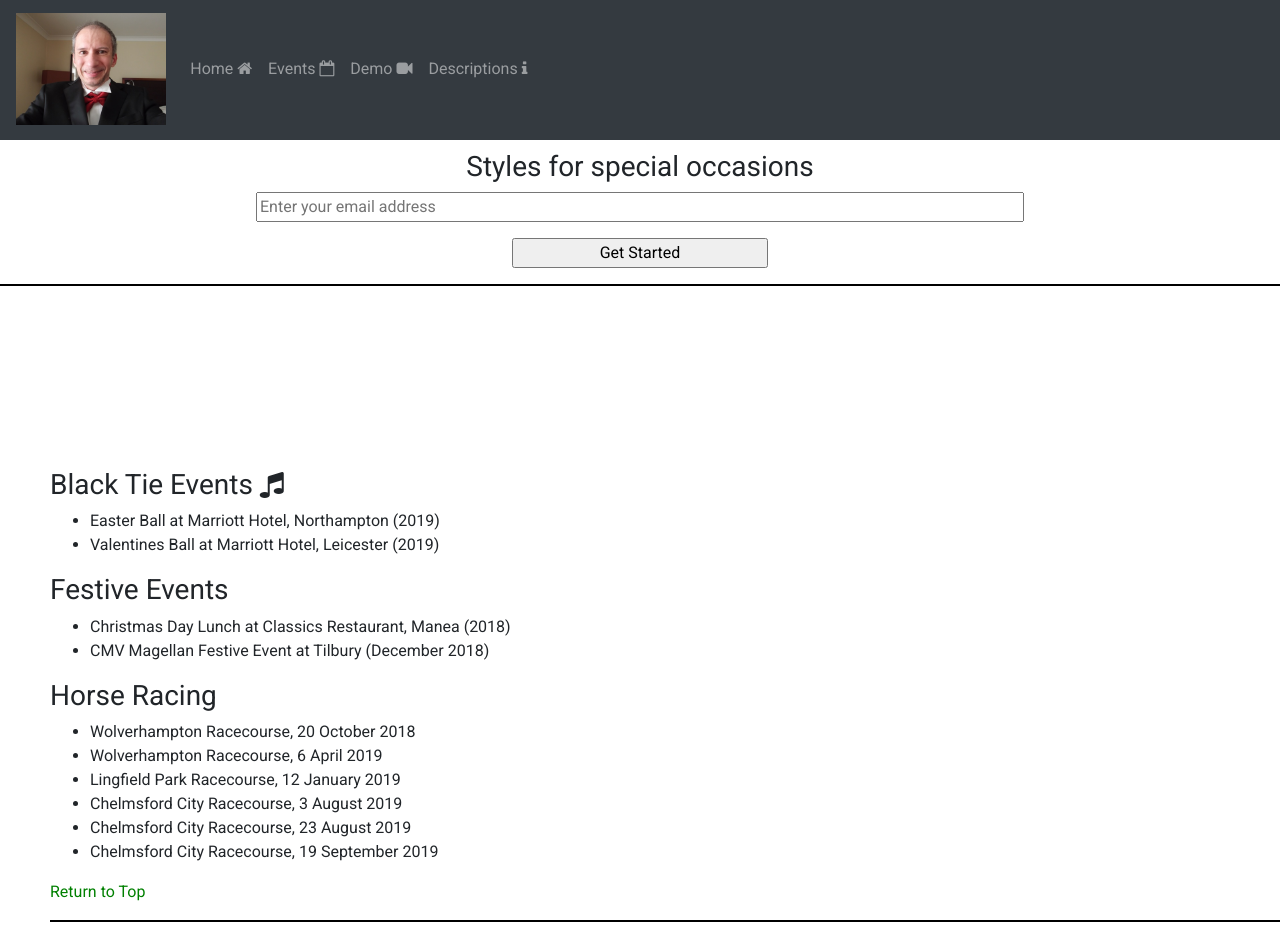
Repository: derektypist/product-landing-page
Page: index.html
The author's editor kept a record of every edit. The page is drawn from the files as they stood at one moment, then again after the next edit.
The browser window is 1280 px wide. The pictures show the part of the page from y = 0 to 938 px (the page is 1253 px tall before and 1219 px after).
Pictures or frames that could not be fetched are drawn as grey boxes.

Above is the page before.

### index.html
<!DOCTYPE html>
<html lang="en">

<head>
    <meta charset="UTF-8">
    <meta name="viewport" content="width=device-width, initial-scale=1.0">
    <meta http-equiv="X-UA-Compatible" content="ie=edge">
    <title>Product Landing Page</title>
    <!-- Load Style Sheets -->
    <link rel="stylesheet" href="https://maxcdn.bootstrapcdn.com/bootstrap/4.4.1/css/bootstrap.min.css" integrity="sha384-Vkoo8x4CGsO3+Hhxv8T/Q5PaXtkKtu6ug5TOeNV6gBiFeWPGFN9MuhOf23Q9Ifjh" crossorigin="anonymous">
    <link rel="stylesheet" href="https://maxcdn.bootstrapcdn.com/font-awesome/4.7.0/css/font-awesome.min.css" type="text/css" />
    <link href="https://fonts.googleapis.com/css?family=Roboto&display=swap" rel="stylesheet">
    <style>
        /* Header and Navigation */

        #header {
            font-family: "Roboto", Arial, Verdana, sans-serif;
        }

        #header-img {
            max-height: 112px;
        }

        #nav-bar {
            padding-bottom: 10px;
        }

        a {
            font-family: "Roboto", Arial, Verdana, sans-serif;
            text-decoration: none;
            color: green;
        }

        a:hover {
            font-family: "Roboto", Arial, Verdana, sans-serif;
            text-decoration: none;
            color: fuchsia;
        }

        /* Form */

        #form {
            padding-top: 150px;
            font-family: "Roboto", Arial, Verdana, sans-serif;
            text-align: center;
            width: 100%;
            display: block;
            margin: auto;
        }

        input {
            width: 60%;
        }

        input[type=submit] {
            width: 20%;
        }

        /* Horizontal Rule */
        hr {
            border: 1px solid black;
        }



        /* Events */

        #events {
            padding-top: 150px;
            font-family: "Roboto", Arial, Verdana, sans-serif;
            margin-left: 50px;
        }

        /* Demo */
        #video {
            padding-top: 70px;
            width: 70%;
            display: block;
            margin: auto;
        }
    </style>
</head>

<body>
    <!-- Set Up Header -->
    <header id="header">
        <!-- Set Up Navigation with Image -->
        <nav class="navbar navbar-expand navbar-dark bg-dark fixed-top" id="nav-bar">
            <a class="navbar-brand" href="index.html"><img src="derek.JPG" title="Derek Dhammaloka" alt="Derek Dhammaloka" id="header-img"></a>
            <button class="navbar-toggler" type="button" data-toggle="collapse" data-target="navbarSupportedContent" aria-controls="navbarSupportedContent" aria-expanded="false" aria-label="Toggle navigation">
    <span class="navbar-toggler-icon"></span>
  </button>
            <div class="collapse navbar-collapse" id="navbarSupportedContent">
                <ul class="navbar-nav mr-auto">
                     <li class="nav-item">
                        <a class="nav-link" href="#form">Home <i class="fa fa-home" aria-hidden="true"></i></a>
                    </li>
                    <li class="nav-item">
                        <a class="nav-link" href="#events">Events <i class="fa fa-calendar-o" aria-hidden="true"></i></a>
                    </li>
                    <li class="nav-item">
                        <a class="nav-link" href="#demo">Demo <i class="fa fa-video-camera" aria-hidden="true"></i></a>
                    </li>
                    <li class="nav-item">
                        <a class="nav-link" href="#descriptions">Descriptions <i class="fa fa-info" aria-hidden="true"></i></a>
                    </li>
                </ul>
        </nav>
    </header>

    <!-- Set Up Main Content -->
    <main>
        <!-- Set Up Form -->
        <form action="https://www.freecodecamp.com/email-submit" id="form" target="_blank">
            <h3>Styles for special occasions</h3>
            <!-- Set Up Email Field -->
            <input type="email" id="email" name="email" placeholder="Enter your email address">
            <p></p>
            <!-- Set Up Submit Button -->
            <input type="submit" id="submit" value="Get Started">
        </form>
        <hr>
        <!-- Provide Section for Events -->
        <section id="events">
            <!-- Provide Article for Black Tie Events -->
            <article>
                <p></p>
                <h3>Black Tie Events <i class="fa fa-music" aria-hidden="true"></i></h3>
                <!-- Provide List Items -->
                <ul>
                    <li>Easter Ball at Marriott Hotel, Northampton (2019)</li>
                    <li>Valentines Ball at Marriott Hotel, Leicester (2019)</li>
                </ul>
            </article>

            <!-- Provide Article for Festive Events -->
            <article>
                <p></p>
                <h3>Festive Events</h3>
                <!-- Provide List Items -->
                <ul>
                    <li>Christmas Day Lunch at Classics Restaurant, Manea (2018)</li>
                    <li>CMV Magellan Festive Event at Tilbury (December 2018)</li>
                </ul>
            </article>

            <!-- Provide Article for Horse Racing Events -->
            <article>
                <p></p>
                <h3>Horse Racing</h3>
                <!-- Provide List Items -->
                <ul>
                    <li>Wolverhampton Racecourse, 20 October 2018</li>
                    <li>Wolverhampton Racecourse, 6 April 2019</li>
                    <li>Lingfield Park Racecourse, 12 January 2019</li>
                    <li>Chelmsford City Racecourse, 3 August 2019</li>
                    <li>Chelmsford City Racecourse, 23 August 2019</li>
                    <li>Chelmsford City Racecourse, 19 September 2019</li>
                </ul>

                <!-- Provide link to return to top -->
                <a href="#top" title="Return to Top">Return to Top</a>

                <!-- Provide Horizontal Rule -->
                <hr>
            </article>
        </section>

        <!-- Provide Section for Demo -->
        <section id="demo">
            <iframe id="video" width="560" height="315" src="https://www.youtube.com/embed/RiHd1c3qDkE" frameborder="0" allow="accelerometer; autoplay; encrypted-media; gyroscope; picture-in-picture" allowfullscreen></iframe>
        </section>
        <!-- Set Up Video using iframe -->

        <section id="descriptions"></section>
    </main>
</body>

</html>

After the next edit:
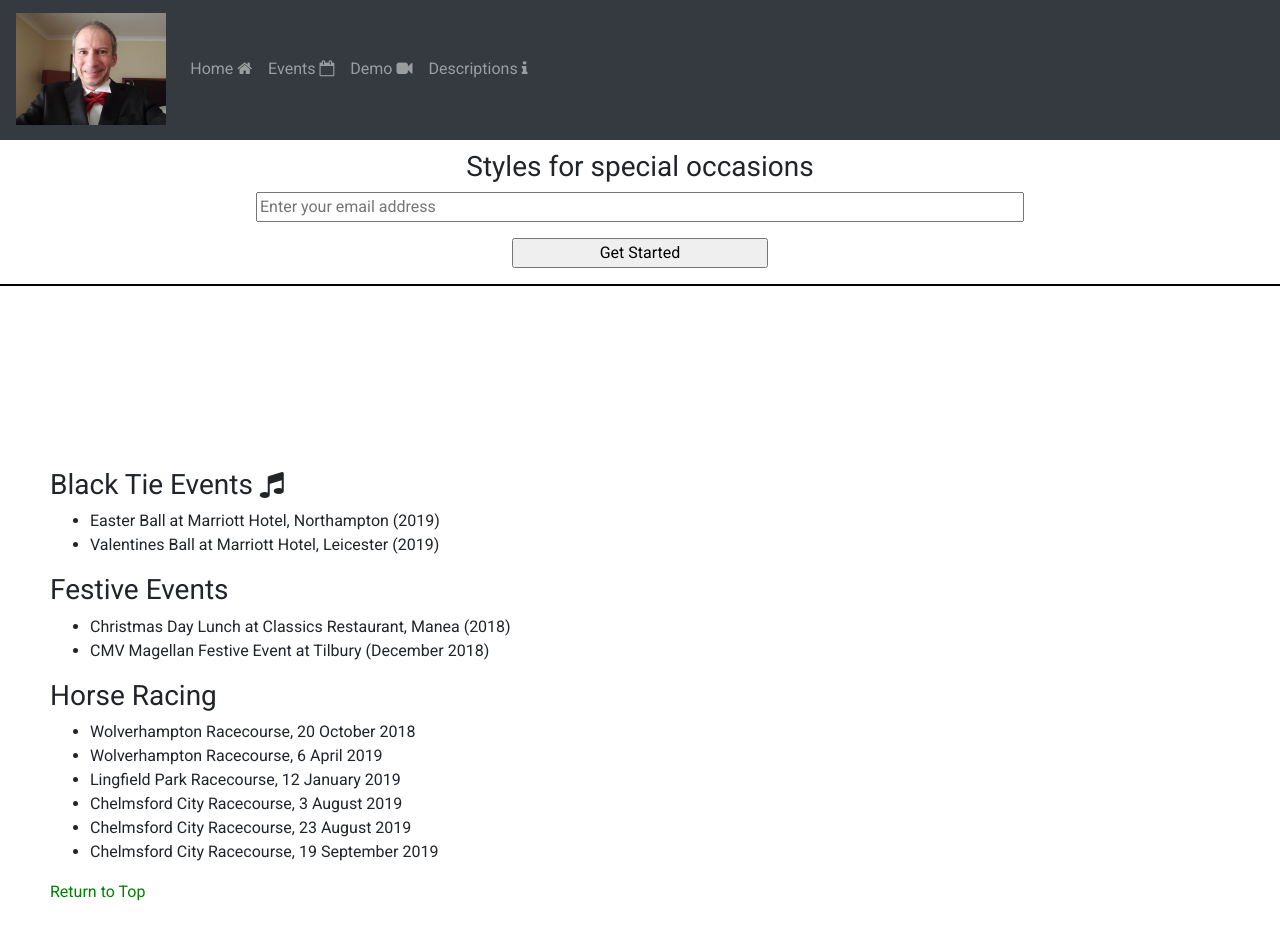
The edit:
--- a/index.html
+++ b/index.html
@@ -161,8 +161,7 @@
                 <!-- Provide link to return to top -->
                 <a href="#top" title="Return to Top">Return to Top</a>
 
-                <!-- Provide Horizontal Rule -->
-                <hr>
+
             </article>
         </section>
 

After the edit that followed:
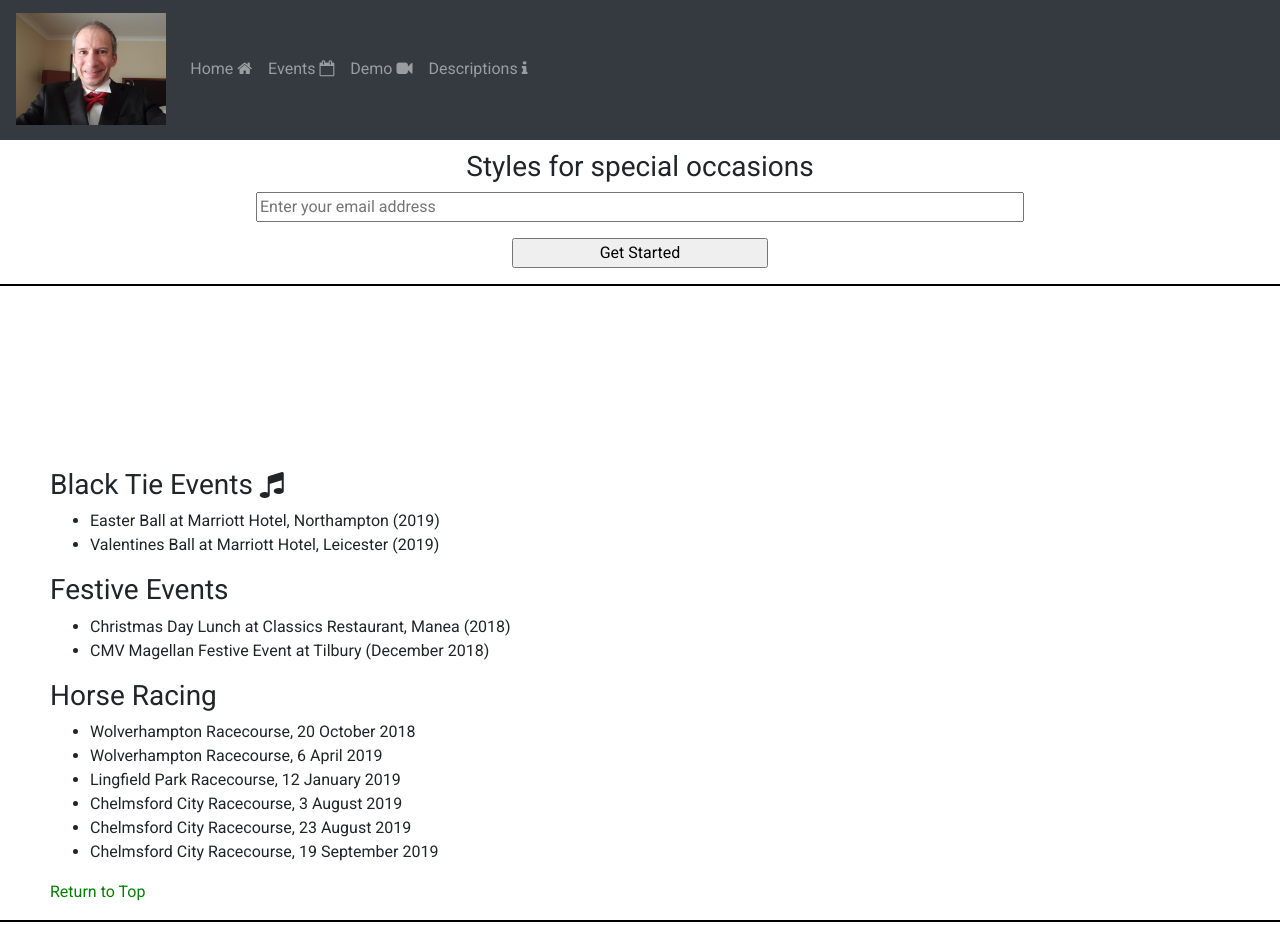
The edit:
--- a/index.html
+++ b/index.html
@@ -57,6 +57,7 @@
         }
 
         /* Horizontal Rule */
+
         hr {
             border: 1px solid black;
         }
@@ -72,6 +73,7 @@
         }
 
         /* Demo */
+
         #video {
             padding-top: 70px;
             width: 70%;
@@ -92,7 +94,7 @@
   </button>
             <div class="collapse navbar-collapse" id="navbarSupportedContent">
                 <ul class="navbar-nav mr-auto">
-                     <li class="nav-item">
+                    <li class="nav-item">
                         <a class="nav-link" href="#form">Home <i class="fa fa-home" aria-hidden="true"></i></a>
                     </li>
                     <li class="nav-item">
@@ -165,11 +167,15 @@
             </article>
         </section>
 
+        <!-- Provide Horizontal Rule -->
+        <hr>
+
+
         <!-- Provide Section for Demo -->
         <section id="demo">
             <iframe id="video" width="560" height="315" src="https://www.youtube.com/embed/RiHd1c3qDkE" frameborder="0" allow="accelerometer; autoplay; encrypted-media; gyroscope; picture-in-picture" allowfullscreen></iframe>
         </section>
-        <!-- Set Up Video using iframe -->
+
 
         <section id="descriptions"></section>
     </main>
